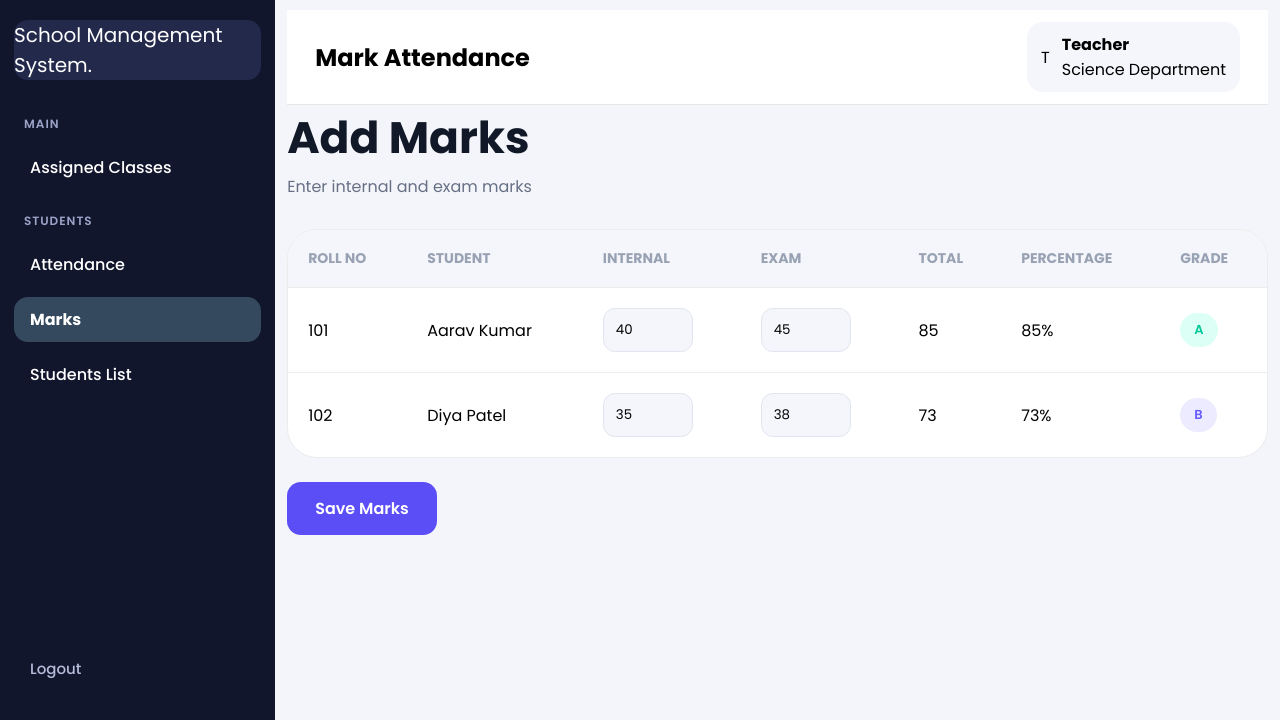
Repository: rohit-rk-07/school_management_system
Page: http://localhost/School_Management_System/teacher/addMarks.jsp
The author's editor kept a copy of each file at every save. The page is drawn from the files as they stood at one save, then again after the next save.
The browser window is 1280 px wide. The pictures show the whole page.
The page is served by Tomcat 10. Other server files are loaded and not shown.

Above is the page before, as saved 2026-05-21 08:10:17.
Console error: TypeError: Cannot read properties of null (reading 'addEventListener')

### School_Management_System/src/main/webapp/teacher/addMarks.jsp
<!DOCTYPE html>
<html lang="en">

<head>

<meta charset="UTF-8">
<meta name="viewport" content="width=device-width, initial-scale=1.0">

<title>Add Marks</title>

<link rel="preconnect" href="https://fonts.googleapis.com">

<link
	href="https://fonts.googleapis.com/css2?family=Poppins:wght@300;400;500;600;700&display=swap"
	rel="stylesheet">

<style>
* {
	margin: 0;
	padding: 0;
	box-sizing: border-box;
	font-family: 'Poppins', sans-serif;
}

body {
	background: #f4f5fb;
	display: flex;
	flex-direction: row;
	justify-content: space-between;
	align-items: start;

}

.marksPageContainer {
	padding: 10px 12px;
	width: 80%;
}

.marksPageHeading {
	font-size: 44px;
	font-weight: 700;
	color: #111827;
}

.marksPageSubtitle {
	color: #667085;
	margin-top: 4px;
	margin-bottom: 30px;
}

.marksTableCard {
	background: #ffffff;
	border-radius: 30px;
	overflow: hidden;
	border: 1px solid #ececec;
}

.marksTable {
	width: 100%;
	border-collapse: collapse;
}

.marksTable thead {
	background: #f5f6fb;
}

.marksTable th {
	padding: 18px 20px;
	text-align: left;
	color: #98a2b3;
	font-size: 14px;
}

.marksTable td {
	padding: 20px;
	border-top: 1px solid #ececec;
}

.marksInput {
	width: 90px;
	height: 44px;
	border: none;
	outline: none;
	background: #f5f6fb;
	border-radius: 12px;
	padding: 0 12px;
	border: 1px solid #e2e5ef;
}

.marksBadge {
	display: inline-block;
	padding: 7px 14px;
	border-radius: 30px;
	font-size: 13px;
	font-weight: 600;
}

.gradeA {
	background: #dcfff6;
	color: #00c896;
}

.gradeB {
	background: #ecebff;
	color: #675cff;
}

.gradeC {
	background: #fff2db;
	color: #ff9800;
}

.gradeFail {
	background: #ffe3e3;
	color: #ff5a5f;
}

.marksSaveButton {
	margin-top: 24px;
	border: none;
	background: #5c4ef7;
	color: #ffffff;
	padding: 14px 28px;
	border-radius: 14px;
	font-size: 16px;
	font-weight: 600;
	cursor: pointer;
}

.attendanceTopbar {
    width: 100%;
    background: #ffffff;
    padding: 12px 28px;
    display: flex;
    justify-content: space-between;
    align-items: center;
    border-bottom: 1px solid #e7e7e7;
}

.attendanceTeacherProfile {
    display: flex;
    align-items: center;
    gap: 12px;
    background: #f5f6fb;
    padding: 10px 14px;
    border-radius: 16px;
}
</style>

</head>

<body>

	<jsp:include page="sidebar.jsp" />

	<div class="marksPageContainer">

	<div class="attendanceTopbar">

        <h2 class="attendanceTopbarTitle">
            Mark Attendance
        </h2>

        <div class="attendanceTeacherProfile">

            <div class="attendanceTeacherAvatar">
                T
            </div>

            <div>

                <h4>Teacher</h4>

                <p class="attendanceTeacherRole">
                    Science Department
                </p>

            </div>

        </div>

    </div>

		<h1 class="marksPageHeading">Add Marks</h1>

		<p class="marksPageSubtitle">Enter internal and exam marks</p>

		<div class="marksTableCard">

			<table class="marksTable">

				<thead>

					<tr>

						<th>ROLL NO</th>
						<th>STUDENT</th>
						<th>INTERNAL</th>
						<th>EXAM</th>
						<th>TOTAL</th>
						<th>PERCENTAGE</th>
						<th>GRADE</th>

					</tr>

				</thead>

				<tbody>

					<tr>

						<td>101</td>
						<td>Aarav Kumar</td>

						<td><input type="number" class="marksInput internalMarks"
							value="40"></td>

						<td><input type="number" class="marksInput examMarks"
							value="45"></td>

						<td class="totalMarks">85</td>

						<td class="percentageMarks">85%</td>

						<td><span class="marksBadge gradeA"> A </span></td>

					</tr>

					<tr>

						<td>102</td>
						<td>Diya Patel</td>

						<td><input type="number" class="marksInput internalMarks"
							value="35"></td>

						<td><input type="number" class="marksInput examMarks"
							value="38"></td>

						<td class="totalMarks">73</td>

						<td class="percentageMarks">73%</td>

						<td><span class="marksBadge gradeB"> B </span></td>

					</tr>

				</tbody>

			</table>

		</div>

		<button class="marksSaveButton">Save Marks</button>

	</div>

	<script>

        const rows = document.querySelectorAll("tbody tr");

        rows.forEach((row) => {

            const internalInput = row.querySelector(".internalMarks");
            const examInput = row.querySelector(".examMarks");

            function calculateMarks(){

                let internal = Number(internalInput.value);
                let exam = Number(examInput.value);

                let total = internal + exam;

                let percentage = total;

                row.querySelector(".totalMarks").innerText = total;

                row.querySelector(".percentageMarks").innerText = percentage + "%";

            }

            internalInput.addEventListener("input", calculateMarks);

            examInput.addEventListener("input", calculateMarks);

        });

    </script>

</body>

</html>

### School_Management_System/src/main/webapp/teacher/sidebar.jsp
<!DOCTYPE html>
<html lang="en">
<head>
  <meta charset="UTF-8" />
  <meta name="viewport" content="width=device-width, initial-scale=1.0"/>
  <title>School Sidebar</title>

  <style type="text/css">
  *{
  margin:0;
  padding:0;
  box-sizing:border-box;
}

body{
  font-family:'Poppins',sans-serif;
  background:#f4f5fa;
}

/* SIDEBAR */

.schoolSidebar{
  width:280px;
  height:100vh;
  background:#11162d;
  color:#ffffff;
  padding:20px 14px;
  display:flex;
  flex-direction:column;
  justify-content:space-between;
  /*border-top-right-radius:20px;
  border-bottom-right-radius:20px;*/
  transition:0.3s;
}

/* LOGO */

.schoolSidebarLogo{
  border-radius:14px;
  background:#23294b;
  display:flex;
  align-items:start;
  justify-content:start;
  font-size:20px;
  margin-bottom:35px;
}

/* MENU TITLES */

.schoolSidebarMenuTitle{
  color:#9ca3c7;
  font-size:12px;
  letter-spacing:1px;
  margin:22px 10px 12px;
  font-weight:600;
}

/* MENU */

.schoolSidebarMenuList{
  list-style:none;
}

.schoolSidebarMenuItem{
  display:flex;
  align-items:center;
  gap:14px;
  padding:10px 16px;
  border-radius:14px;
  margin-bottom:10px;
  color:#b6bdd9;
  cursor:pointer;
  transition:0.3s;
  font-size:15px;
  font-weight:500;
}

.schoolSidebarMenuItem a{
  font-size:16px;
  text-decoration: none;
  color: #fff;
  width: 100%;
  height: 100%;
}

/* HOVER */

.schoolSidebarMenuItem:hover{
  background:#242b4d;
  color:#ffffff;
}

/* ACTIVE */

.schoolSidebarActive{
  background:#4d44cc;
  color:#ffffff;
}

.schoolSidebarMenuItem {
    /* Your default styling for menu items */
    transition: background-color 0.2s ease;
}

/* This targets the container when active */
.schoolSidebarMenuItem.schoolSidebarActive {
    background-color: #34495e; /* Change to your preferred highlight color */
}

/* Ensures the text color inside the active container looks right */
.schoolSidebarMenuItem.schoolSidebarActive a {
    color: #ffffff;
    font-weight: bold;
}

/* DARK MODE */

.schoolSidebarDark{
  background:#050814;
}

.schoolSidebarDark .schoolSidebarMenuItem:hover{
  background:#1c2445;
}

/* RESPONSIVE */

@media(max-width:768px){

  .schoolSidebar{
    width:100%;
    height:auto;
    border-radius:0;
  }

}
  </style>

  <link rel="preconnect" href="https://fonts.googleapis.com">
  <link href="https://fonts.googleapis.com/css2?family=Poppins:wght@300;400;500;600;700&display=swap" rel="stylesheet">
</head>

<body>

  <aside class="schoolSidebar">

    <!-- LOGO -->
    <div class="schoolSidebarTop">

      <div class="schoolSidebarLogo">
        School Management System.
      </div>

      <!-- MAIN MENU -->
      <div class="schoolSidebarMenuTitle">
        MAIN
      </div>

      <ul class="schoolSidebarMenuList">

        <li class="schoolSidebarMenuItem schoolSidebarActive">
          <a href="assignedclass.jsp">Assigned Classes</a>
        </li>

      </ul>

      <!-- ASSIGNMENTS -->
      <div class="schoolSidebarMenuTitle">
        STUDENTS
      </div>

      <ul class="schoolSidebarMenuList">

        <li class="schoolSidebarMenuItem">
          <a href="attendance.jsp">Attendance</a>
        </li>

        <li class="schoolSidebarMenuItem">
          <a href="addMarks.jsp">Marks</a>
        </li>

        <li class="schoolSidebarMenuItem">
          <a href="studentsList.jsp">Students List</a>
        </li>

      </ul>

    </div>

    <!-- BOTTOM -->
    <div class="schoolSidebarBottom">

      <ul class="schoolSidebarMenuList">

        <li class="schoolSidebarMenuItem">
          Logout
        </li>

      </ul>

    </div>

  </aside>

  <script>
//ACTIVE MENU

  //const schoolSidebarItems = document.querySelectorAll(".schoolSidebarMenuItem");

  //schoolSidebarItems.forEach(item => {

    //item.addEventListener("click", () => {

     // schoolSidebarItems.forEach(nav => {
      //  nav.classList.remove("schoolSidebarActive");
     // });

     // item.classList.add("schoolSidebarActive");

   // });

 // });

  document.addEventListener("DOMContentLoaded", function () {
    // Get the current page filename (e.g., "teacher.jsp")
    const currentPath = window.location.pathname.split("/").pop();

    // Select all links inside the sidebar
    const menuLinks = document.querySelectorAll(".schoolSidebarMenuList a");

    menuLinks.forEach(link => {
        // Get the href attribute of the link
        const linkPath = link.getAttribute("href");

        // If the current URL ends with or matches the href, highlight its parent <li>
        if (currentPath === linkPath) {
            // Remove the active class from any default item first
            document.querySelectorAll(".schoolSidebarMenuItem").forEach(item => {
                item.classList.remove("schoolSidebarActive");
            });

            // Add active class to the current link's parent <li> element
            link.closest("li").classList.add("schoolSidebarActive");
        }
    });
});


  // DARK MODE

  const schoolSidebar = document.querySelector(".schoolSidebar");

  const schoolSidebarDarkBtn = document.getElementById("schoolSidebarDarkBtn");

  schoolSidebarDarkBtn.addEventListener("click", () => {

    schoolSidebar.classList.toggle("schoolSidebarDark");

  });
  </script>

</body>
</html>

After the next save:
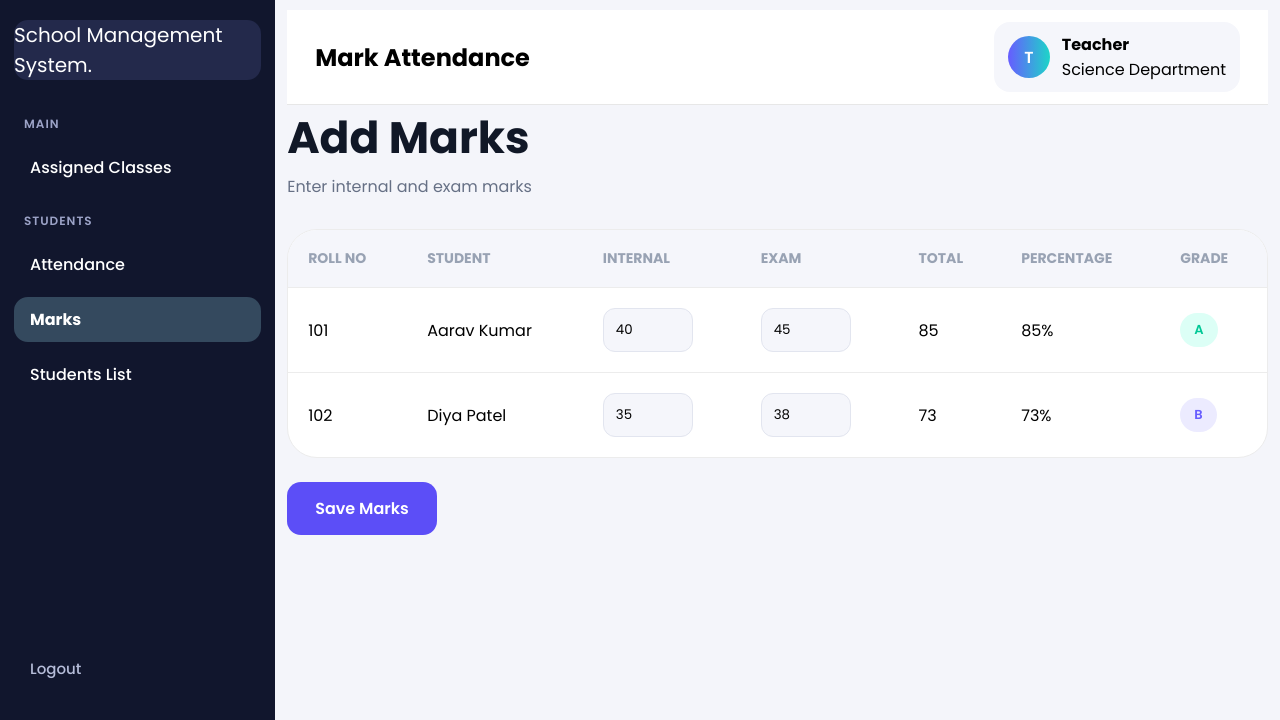
Saved 30 s later.
--- a/School_Management_System/src/main/webapp/teacher/addMarks.jsp
+++ b/School_Management_System/src/main/webapp/teacher/addMarks.jsp
@@ -145,6 +145,18 @@ body {
     padding: 10px 14px;
     border-radius: 16px;
 }
+
+.attendanceTeacherAvatar {
+    width: 42px;
+    height: 42px;
+    border-radius: 50%;
+    background: linear-gradient(to right, #675cff, #1dd5c8);
+    display: flex;
+    align-items: center;
+    justify-content: center;
+    color: #ffffff;
+    font-weight: 600;
+}
 </style>
 
 </head>
